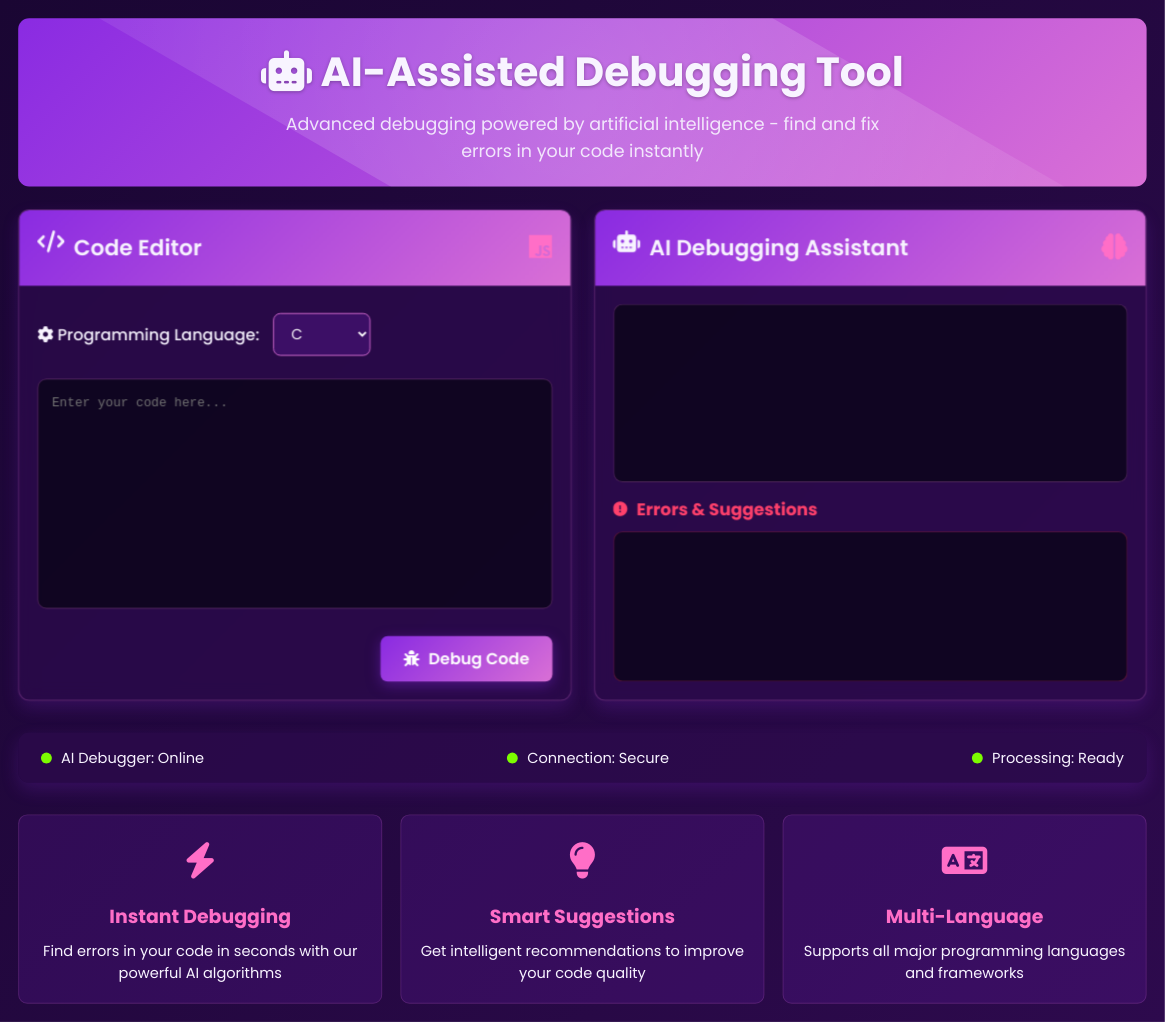
Repository: ujjwalkathait/AI-Asissted_Debugging_tool
Page: Frontend/public/index.html
The author's editor kept a copy of each file at every save. The page is drawn from the files as they stood at one save, then again after the next save.
The browser window is 1280 px wide. The pictures show the whole page, at 91% of full size.

Above is the page before, as saved 2025-07-13 22:52:42.

### Frontend/public/index.html
<!DOCTYPE html>
<html lang="en">
<head>
    <meta charset="UTF-8">
    <meta name="viewport" content="width=device-width, initial-scale=1.0">
    <title>AI-Assisted Debugging Tool</title>
    <link href="https://fonts.googleapis.com/css2?family=Poppins:wght@300;400;500;600;700&display=swap" rel="stylesheet">
    <link rel="stylesheet" href="https://cdnjs.cloudflare.com/ajax/libs/font-awesome/6.4.0/css/all.min.css">
    <link rel="stylesheet" href="style.css">
</head>
<body>
    <div class="container">
        <header>
            <h1><i class="fas fa-robot"></i> AI-Assisted Debugging Tool</h1>
            <p>Advanced debugging powered by artificial intelligence - find and fix errors in your code instantly</p>
        </header>

        <div class="main-content">
            <div class="panel">
                <div class="panel-header">
                    <div class="panel-title">
                        <i class="fas fa-code floating"></i>
                        <span>Code Editor</span>
                    </div>
                    <div class="language-icon">
                        <i class="fab fa-js"></i>
                    </div>
                </div>
                <div class="panel-body">
                    <div class="editor-container">
                        <div class="language-selector">
                            <label for="language-select"><i class="fas fa-cog"></i> Programming Language:</label>
                            <select id="language-select">
                                <option>C</option>
                                <option>C++</option>
                                <option>Python</option>
                                <option>Java</option>
                            </select>
                        </div>
                        <textarea class="code-editor" id="code-input" placeholder="Enter your code here..."></textarea>
                        <button class="debug-btn" id="debug-button">
                            <i class="fas fa-bug"></i> Debug Code
                        </button>
                    </div>
                </div>
            </div>

            <div class="panel">
                <div class="panel-header">
                    <div class="panel-title">
                        <i class="fas fa-robot floating"></i>
                        <span>AI Debugging Assistant</span>
                    </div>
                    <div class="language-icon">
                        <i class="fas fa-brain"></i>
                    </div>
                </div>
                <div class="panel-body">
                    <div class="output-container">
                        <div class="ai-output" id="debug-output">
</div>

                        <div class="error-container">
                            <div class="error-header">
                                <i class="fas fa-exclamation-circle"></i>
                                <h3>Errors & Suggestions</h3>
                            </div>
                            <div class="error-box" id="error-output"></div>
                        </div>
                    </div>
                </div>
            </div>
        </div>

        <div class="status-bar">
            <div class="status-item">
                <div class="status-indicator"></div>
                <span>AI Debugger: Online</span>
            </div>
            <div class="status-item">
                <div class="status-indicator"></div>
                <span>Connection: Secure</span>
            </div>
            <div class="status-item">
                <div class="status-indicator"></div>
                <span>Processing: Ready</span>
            </div>
        </div>

        <div class="feature-grid">
            <div class="feature-card">
                <div class="feature-icon">
                    <i class="fas fa-bolt"></i>
                </div>
                <h3>Instant Debugging</h3>
                <p>Find errors in your code in seconds with our powerful AI algorithms</p>
            </div>
            <div class="feature-card">
                <div class="feature-icon">
                    <i class="fas fa-lightbulb"></i>
                </div>
                <h3>Smart Suggestions</h3>
                <p>Get intelligent recommendations to improve your code quality</p>
            </div>
            <div class="feature-card">
                <div class="feature-icon">
                    <i class="fas fa-language"></i>
                </div>
                <h3>Multi-Language</h3>
                <p>Supports all major programming languages and frameworks</p>
            </div>
        </div>
    </div>

    <script src="script.js"></script>
</body>
</html>

### Frontend/public/style.css
:root {
    --primary: #8A2BE2;
    --secondary: #DA70D6;
    --accent: #FF6EC7;
    --dark: #2D0A4D;
    --light: #F8F4FF;
    --text: #4A2A7C;
    --success: #7CFC00;
    --error: #FF416C;
    --border-radius: 12px;
    --transition: all 0.3s ease;
    --box-shadow: 0 8px 20px rgba(138, 43, 226, 0.2);
    --gradient: linear-gradient(135deg, var(--primary), var(--secondary));
}

* {
    margin: 0;
    padding: 0;
    box-sizing: border-box;
    font-family: 'Poppins', sans-serif;
}

body {
    background: linear-gradient(135deg, #1a0633, #2d0a4d);
    color: var(--light);
    min-height: 100vh;
    padding: 20px;
    display: flex;
    justify-content: center;
    align-items: center;
}

.container {
    width: 100%;
    max-width: 1600px;
    display: flex;
    flex-direction: column;
    gap: 25px;
}

header {
    text-align: center;
    padding: 25px;
    background: var(--gradient);
    border-radius: var(--border-radius);
    box-shadow: var(--box-shadow);
    animation: pulse 3s infinite;
    position: relative;
    overflow: hidden;
}

header::before {
    content: "";
    position: absolute;
    top: -50%;
    left: -50%;
    width: 200%;
    height: 200%;
    background: radial-gradient(circle, rgba(255,255,255,0.2) 0%, rgba(255,255,255,0) 70%);
    transform: rotate(30deg);
}

header h1 {
    font-size: 2.8rem;
    font-weight: 700;
    margin-bottom: 10px;
    text-shadow: 0 2px 4px rgba(0,0,0,0.3);
    position: relative;
}

header p {
    font-size: 1.2rem;
    opacity: 0.9;
    max-width: 700px;
    margin: 0 auto;
    position: relative;
}

.main-content {
    display: flex;
    gap: 25px;
    height: 75vh;
}

.panel {
    background: rgba(45, 10, 77, 0.7);
    backdrop-filter: blur(10px);
    border-radius: var(--border-radius);
    box-shadow: var(--box-shadow);
    overflow: hidden;
    display: flex;
    flex-direction: column;
    border: 1px solid rgba(218, 112, 214, 0.3);
    flex: 1;
}

.panel-header {
    padding: 20px;
    background: var(--gradient);
    display: flex;
    justify-content: space-between;
    align-items: center;
}

.panel-title {
    font-size: 1.5rem;
    font-weight: 600;
    display: flex;
    align-items: center;
    gap: 10px;
}

.panel-body {
    padding: 20px;
    flex: 1;
    display: flex;
    flex-direction: column;
    overflow: hidden;
}

.editor-container {
    flex: 1;
    display: flex;
    flex-direction: column;
    gap: 15px;
}

.language-selector {
    display: flex;
    align-items: center;
    gap: 15px;
    padding: 10px 0;
}

.language-selector label {
    font-size: 1.1rem;
    font-weight: 500;
}

select {
    padding: 10px 15px;
    background: rgba(138, 43, 226, 0.2);
    border: 1px solid var(--secondary);
    border-radius: 8px;
    color: white;
    font-size: 1rem;
    cursor: pointer;
    transition: var(--transition);
    outline: none;
}

select:focus {
    box-shadow: 0 0 0 3px rgba(218, 112, 214, 0.4);
}

.code-editor {
    flex: 1;
    background: rgba(10, 5, 25, 0.8);
    border-radius: 10px;
    border: 1px solid rgba(218, 112, 214, 0.3);
    padding: 15px;
    font-family: 'Courier New', monospace;
    font-size: 14px;
    color: #E6D4FF;
    line-height: 1.5;
    resize: none;
    transition: var(--transition);
}

.code-editor:focus {
    border-color: var(--accent);
    box-shadow: 0 0 0 3px rgba(255, 110, 199, 0.2);
}

.debug-btn {
    padding: 12px 25px;
    background: var(--gradient);
    color: white;
    border: none;
    border-radius: 8px;
    font-size: 1.1rem;
    font-weight: 600;
    cursor: pointer;
    transition: var(--transition);
    display: flex;
    align-items: center;
    justify-content: center;
    gap: 10px;
    margin-top: 15px;
    align-self: flex-end;
    box-shadow: 0 4px 15px rgba(138, 43, 226, 0.4);
}

.debug-btn:hover {
    transform: translateY(-3px);
    box-shadow: 0 6px 20px rgba(138, 43, 226, 0.6);
}

.debug-btn:active {
    transform: translateY(1px);
}

.output-container {
    flex: 1;
    display: flex;
    flex-direction: column;
    gap: 15px;
    overflow: hidden;
}

.ai-output {
    background: rgba(10, 5, 25, 0.8);
    border-radius: 10px;
    border: 1px solid rgba(218, 112, 214, 0.3);
    padding: 15px;
    font-family: 'Courier New', monospace;
    font-size: 14px;
    color: #E6D4FF;
    line-height: 1.5;
    overflow-y: auto;
    height: 200px;
}

.error-container {
    display: flex;
    flex-direction: column;
    gap: 10px;
    height: 210px;
}

.error-header {
    display: flex;
    align-items: center;
    gap: 10px;
    color: var(--error);
}

.error-box {
    flex: 1;
    background: rgba(10, 5, 25, 0.8);
    border-radius: 10px;
    border: 1px solid rgba(255, 65, 108, 0.3);
    padding: 15px;
    font-family: 'Courier New', monospace;
    font-size: 14px;
    color: #FFA8BA;
    line-height: 1.5;
    overflow-x: auto;
}

.status-bar {
    display: flex;
    justify-content: space-between;
    padding: 15px 25px;
    background: rgba(45, 10, 77, 0.7);
    border-radius: var(--border-radius);
    box-shadow: var(--box-shadow);
    margin-top: 10px;
}

.status-item {
    display: flex;
    align-items: center;
    gap: 10px;
}

.status-indicator {
    width: 12px;
    height: 12px;
    border-radius: 50%;
    background: var(--success);
}

.status-indicator.error {
    background: var(--error);
}

.language-icon {
    font-size: 1.8rem;
    color: var(--accent);
}

.feature-grid {
    display: grid;
    grid-template-columns: repeat(3, 1fr);
    gap: 20px;
    margin-top: 10px;
}

.feature-card {
    background: rgba(138, 43, 226, 0.15);
    border-radius: 10px;
    padding: 20px;
    text-align: center;
    transition: var(--transition);
    border: 1px solid rgba(218, 112, 214, 0.2);
}

.feature-card:hover {
    transform: translateY(-5px);
    background: rgba(138, 43, 226, 0.25);
    box-shadow: 0 8px 20px rgba(138, 43, 226, 0.3);
}

.feature-icon {
    font-size: 2.5rem;
    color: var(--accent);
    margin-bottom: 15px;
}

.feature-card h3 {
    font-size: 1.3rem;
    margin-bottom: 10px;
    color: var(--accent);
}

/* Animations */
@keyframes pulse {
    0% { box-shadow: 0 0 0 0 rgba(138, 43, 226, 0.6); }
    70% { box-shadow: 0 0 0 15px rgba(138, 43, 226, 0); }
    100% { box-shadow: 0 0 0 0 rgba(138, 43, 226, 0); }
}

@keyframes float {
    0% { transform: translateY(0px); }
    50% { transform: translateY(-10px); }
    100% { transform: translateY(0px); }
}

.floating {
    animation: float 3s ease-in-out infinite;
}

/* Scrollbar styling */
::-webkit-scrollbar {
    width: 8px;
}

::-webkit-scrollbar-track {
    background: rgba(45, 10, 77, 0.3);
    border-radius: 4px;
}

::-webkit-scrollbar-thumb {
    background: var(--secondary);
    border-radius: 4px;
}

::-webkit-scrollbar-thumb:hover {
    background: var(--accent);
}

/* Responsive design */
@media (max-width: 1200px) {
    .main-content {
        flex-direction: column;
        height: auto;
    }

    .feature-grid {
        grid-template-columns: repeat(2, 1fr);
    }
}

@media (max-width: 768px) {
    .feature-grid {
        grid-template-columns: 1fr;
    }

    header h1 {
        font-size: 2.2rem;
    }

    .panel-header {
        padding: 15px;
    }
}

### Frontend/public/script.js
// document.addEventListener('DOMContentLoaded', function () {
//     const debugBtn = document.getElementById('debug-button');
//     const codeInput = document.getElementById('code-input');
//     const debugOutput = document.getElementById('debug-output');
//     const errorOutput = document.getElementById('error-output');
//     const languageSelect = document.getElementById('language-select');
//     const languageIcon = document.querySelector('.language-icon i');

//     // Language icons mapping
//     const languageIcons = {
//         'JavaScript': 'fab fa-js',
//         'Python': 'fab fa-python',
//         'Java': 'fab fa-java',
//         'C++': 'fas fa-c++',
//         'C': 'fas fa-c',
//         'TypeScript': 'fas fa-code',
//         'PHP': 'fab fa-php',
//         'Ruby': 'fas fa-gem'
//     };

//     // Update language icon when selection changes
//     languageSelect.addEventListener('change', function () {
//         const lang = this.value;
//         languageIcon.className = languageIcons[lang] || 'fas fa-code';
//     });

//     // Debug button functionality
//     debugBtn.addEventListener('click', async function () {
//         const code = codeInput.value.trim();
//         const language = languageSelect.value;

//         if (!code) {
//             errorOutput.innerHTML = `<pre style="color:orange;">⚠️ Please enter some code before debugging.</pre>`;
//             return;
//         }

//         // UI feedback
//         debugBtn.innerHTML = '<i class="fas fa-spinner fa-spin"></i> Debugging...';
//         debugBtn.disabled = true;
//         debugOutput.textContent = '';
//         errorOutput.innerHTML = '';

//         try {
//             const response = await fetch("http://localhost:3000/debug", {
//                 method: "POST",
//                 headers: {
//                     "Content-Type": "application/json"
//                 },
//                 body: JSON.stringify({ code, language })
//             });

//             if (!response.ok) {
//                 throw new Error("Server error while debugging.");
//             }

//             const result = await response.json();

//             // Show corrected code
//             // debugOutput.textContent = result.fixedCode || "// No corrections found.";
//             debugOutput.innerHTML = `<pre>${result.fixedCode || "// No corrections found."}</pre>`;


//             // Show errors or success
//             if (result.errors) {
//                 errorOutput.innerHTML = `<pre style="color:red;">${result.errors}</pre>`;
//             } else {
//                 errorOutput.innerHTML = `<pre style="color:lightgreen;">✅ No syntax errors detected.</pre>`;
//             }

//         } catch (err) {
//             errorOutput.innerHTML = `<pre style="color:red;">⚠️ Error: ${err.message}</pre>`;
//         } finally {
//             // Reset button state
//             debugBtn.innerHTML = '<i class="fas fa-bug"></i> Debug Code';
//             debugBtn.disabled = false;
//             debugBtn.style.background = 'linear-gradient(135deg, #00c853, #7cfc00)';
//             setTimeout(() => {
//                 debugBtn.style.background = 'var(--gradient)';
//             }, 2000);
//         }
//     });

//     // Add example code on first click (optional)
//     codeInput.addEventListener('click', function () {
//         if (this.value === '') {
//             this.value = '';
//         }
//     });
// });

document.addEventListener('DOMContentLoaded', function () {
    const debugBtn = document.getElementById('debug-button');
    const codeInput = document.getElementById('code-input');
    const debugOutput = document.getElementById('debug-output');
    const errorOutput = document.getElementById('error-output');
    const languageSelect = document.getElementById('language-select');
    const languageIcon = document.querySelector('.language-icon i');

    const languageIcons = {
        'JavaScript': 'fab fa-js',
        'Python': 'fab fa-python',
        'Java': 'fab fa-java',
        'C++': 'fas fa-c++',
        'C': 'fas fa-c',
        'TypeScript': 'fas fa-code',
        'PHP': 'fab fa-php',
        'Ruby': 'fas fa-gem'
    };

    languageSelect.addEventListener('change', function () {
        const lang = this.value;
        languageIcon.className = languageIcons[lang] || 'fas fa-code';
    });

    debugBtn.addEventListener('click', async function () {
        const code = codeInput.value.trim();
        const language = languageSelect.value;

        if (!code) {
            errorOutput.innerHTML = `<pre style="color:orange;">⚠️ Please enter some code before debugging.</pre>`;
            return;
        }

        debugBtn.innerHTML = '<i class="fas fa-spinner fa-spin"></i> Debugging...';
        debugBtn.disabled = true;
        debugOutput.textContent = '';
        errorOutput.innerHTML = '';

        try {
            const response = await fetch("http://localhost:3000/debug", {
                method: "POST",
                headers: {
                    "Content-Type": "application/json"
                },
                body: JSON.stringify({ code, language })
            });

            if (!response.ok) {
                throw new Error("Server error while debugging.");
            }

            const result = await response.json();

            debugOutput.innerHTML = `<pre>${result.fixedCode || "// No corrections found."}</pre>`;

            if (result.errors) {
                errorOutput.innerHTML = `<pre style="color:red;">${result.errors}</pre>`;
            } else {
                errorOutput.innerHTML = `<pre style="color:lightgreen;">✅ No syntax errors detected.</pre>`;
            }

            if (result.explanation) {
                errorOutput.innerHTML += `<br><pre style="color:deepskyblue;">💡 Gemini says: ${result.explanation}</pre>`;
            }

        } catch (err) {
            errorOutput.innerHTML = `<pre style="color:red;">⚠️ Error: ${err.message}</pre>`;
        } finally {
            debugBtn.innerHTML = '<i class="fas fa-bug"></i> Debug Code';
            debugBtn.disabled = false;
            debugBtn.style.background = 'linear-gradient(135deg, #00c853, #7cfc00)';
            setTimeout(() => {
                debugBtn.style.background = 'var(--gradient)';
            }, 2000);
        }
    });

    codeInput.addEventListener('click', function () {
        if (this.value === '') {
            this.value = '';
        }
    });
});

After the next save:
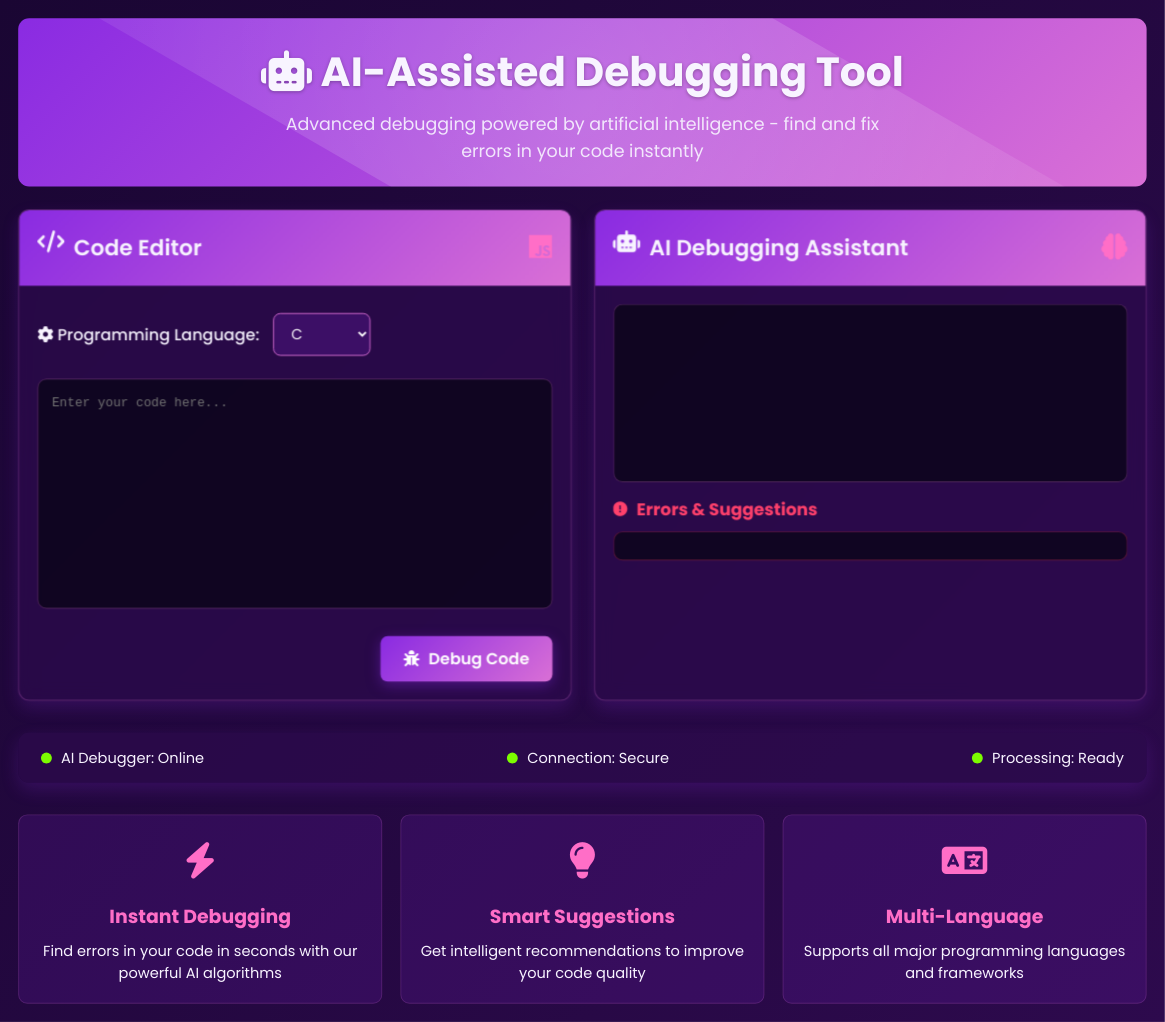
Saved 20 s later.
--- a/Frontend/public/style.css
+++ b/Frontend/public/style.css
@@ -236,7 +236,7 @@ select:focus {
 }
 
 .error-box {
-    flex: 1;
+    /* flex: 1; */
     background: rgba(10, 5, 25, 0.8);
     border-radius: 10px;
     border: 1px solid rgba(255, 65, 108, 0.3);

After the 2 saves that followed:
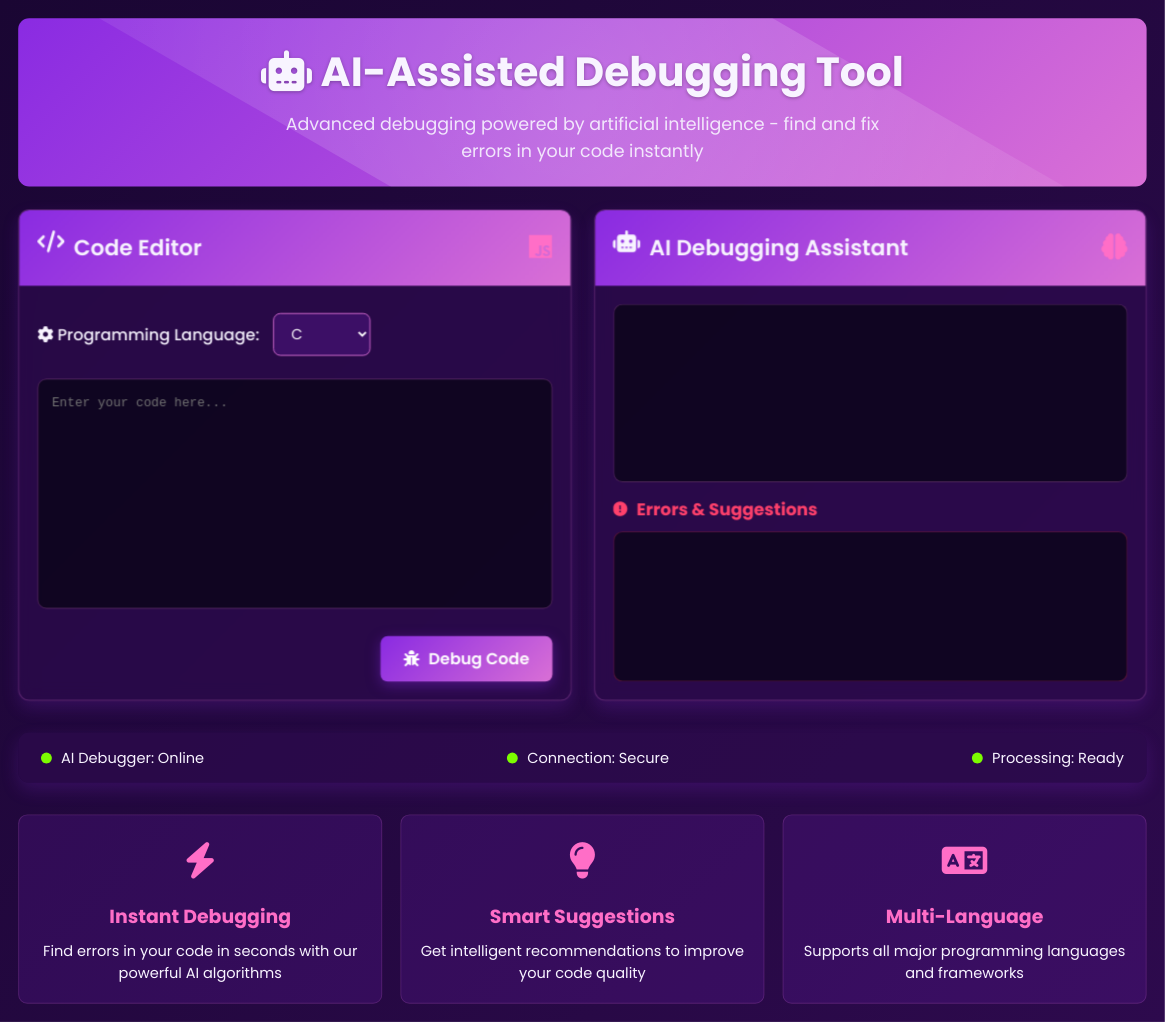
The 2 saves are shown as one change because they came seconds apart.
The last was saved 30 s later.
--- a/Frontend/public/style.css
+++ b/Frontend/public/style.css
@@ -246,6 +246,7 @@ select:focus {
     color: #FFA8BA;
     line-height: 1.5;
     overflow-x: auto;
+    height: 100%;
 }
 
 .status-bar {
